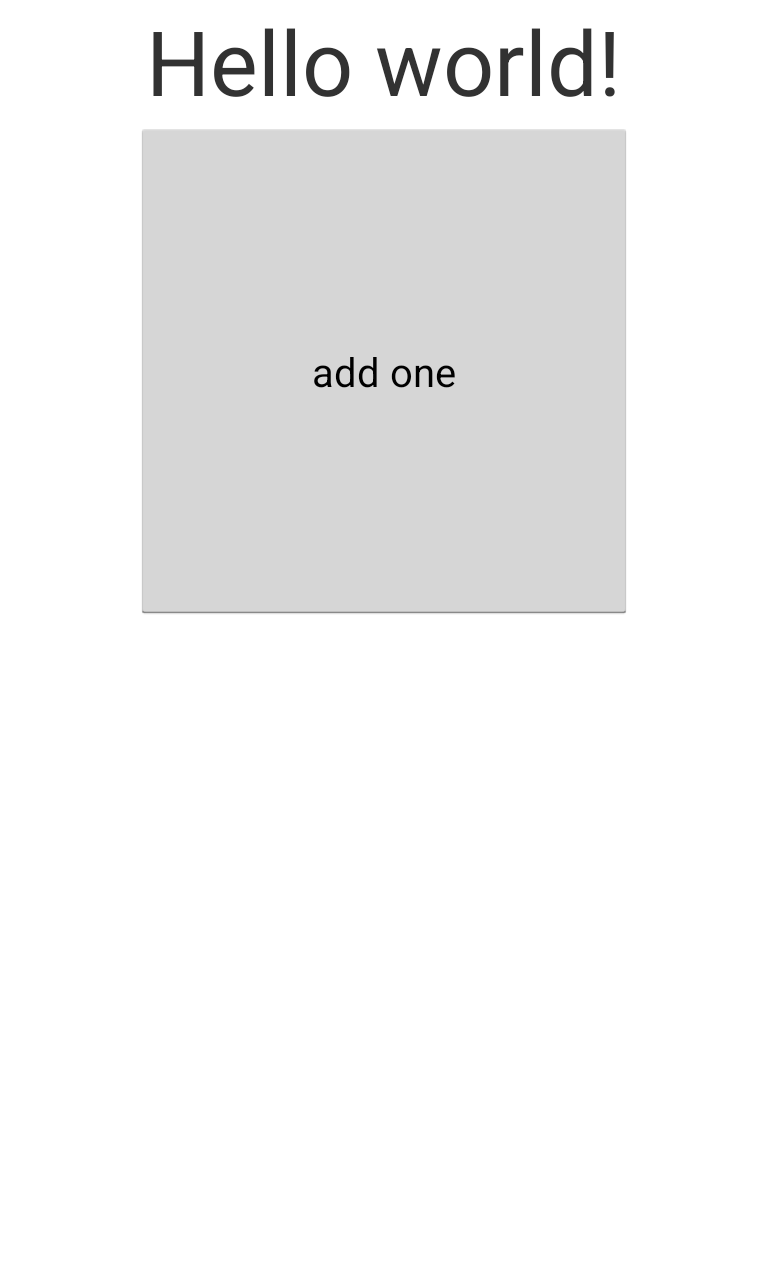
Repository: Maxxxushi/YoutubeTutorial
Layout: YoutubeTutorial/res/layout/activity_starting_point.xml
These files come from the project's save history. The layout is drawn as it stood at one moment and after the next save; the edit follows.
It is drawn on a 768 x 1280 px phone screen (xhdpi) without system bars, with theme AppTheme; the app's code is not run.

Above is the layout before, as saved 2013-01-15 18:05:44.

### YoutubeTutorial/res/layout/activity_starting_point.xml
<LinearLayout xmlns:android="http://schemas.android.com/apk/res/android"
    xmlns:tools="http://schemas.android.com/tools"
    android:orientation="vertical"
    android:layout_width="match_parent"
    android:layout_height="match_parent"
    tools:context=".StartingPoint" >

    <TextView
        android:layout_width="wrap_content"
        android:layout_height="wrap_content"
        android:layout_gravity="center"
        android:gravity="center"
        android:text="@string/hello_world"
        android:textSize="45sp" />

    <Button
        android:layout_width="250dp"
        android:layout_height="250dp"
        android:text="add one"
        android:layout_gravity="center"
        android:textSize="20dp"

        />




</LinearLayout>

### YoutubeTutorial/res/values/strings.xml
<?xml version="1.0" encoding="utf-8"?>
<resources>

    <string name="app_name">YoutubeTutorial</string>
    <string name="hello_world">Hello world!</string>
    <string name="menu_settings">Settings</string>

</resources>

Loaded but not shown: YoutubeTutorial/res/values/styles.xml (common file); YoutubeTutorial/res/values-v11/styles.xml (common file); YoutubeTutorial/res/values-v14/styles.xml (common file)

After the next save:
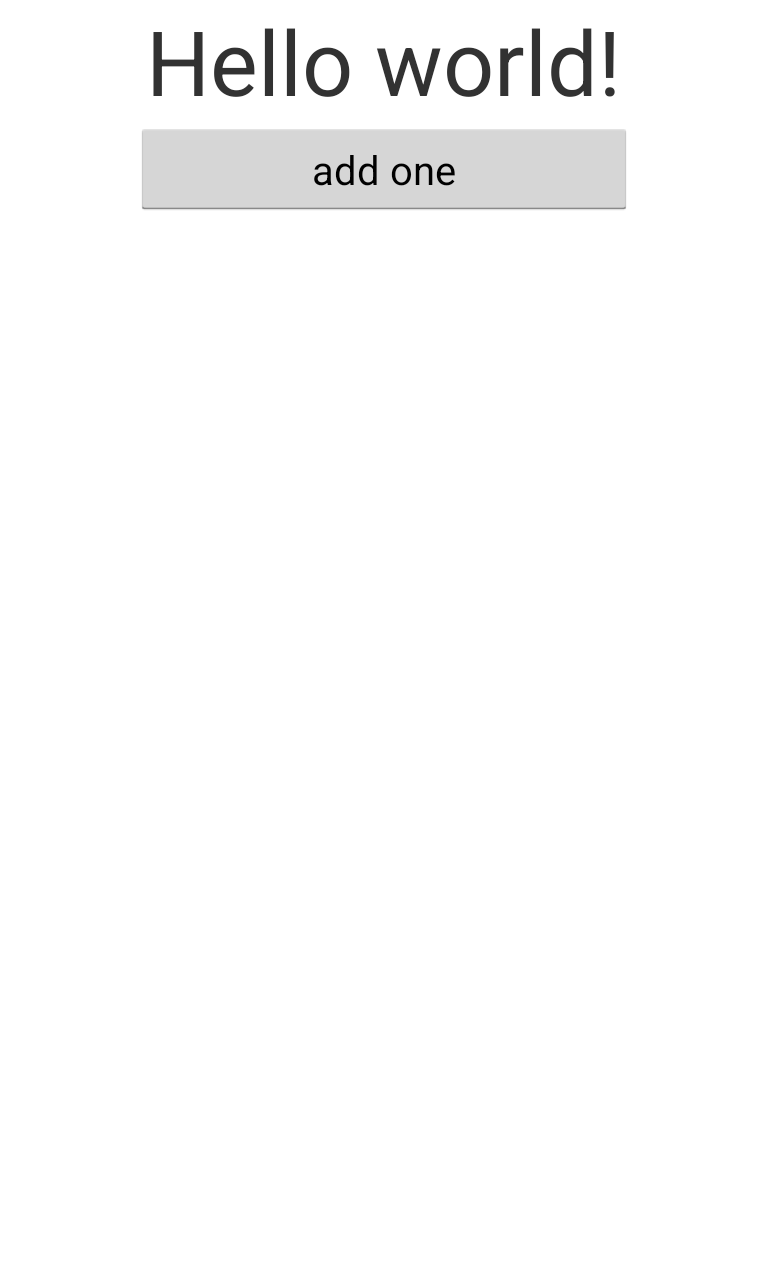
Saved 13 s later.
--- a/YoutubeTutorial/res/layout/activity_starting_point.xml
+++ b/YoutubeTutorial/res/layout/activity_starting_point.xml
@@ -15,7 +15,7 @@
 
     <Button
         android:layout_width="250dp"
-        android:layout_height="250dp"
+        android:layout_height="wrap_content"
         android:text="add one"
         android:layout_gravity="center"
         android:textSize="20dp"
